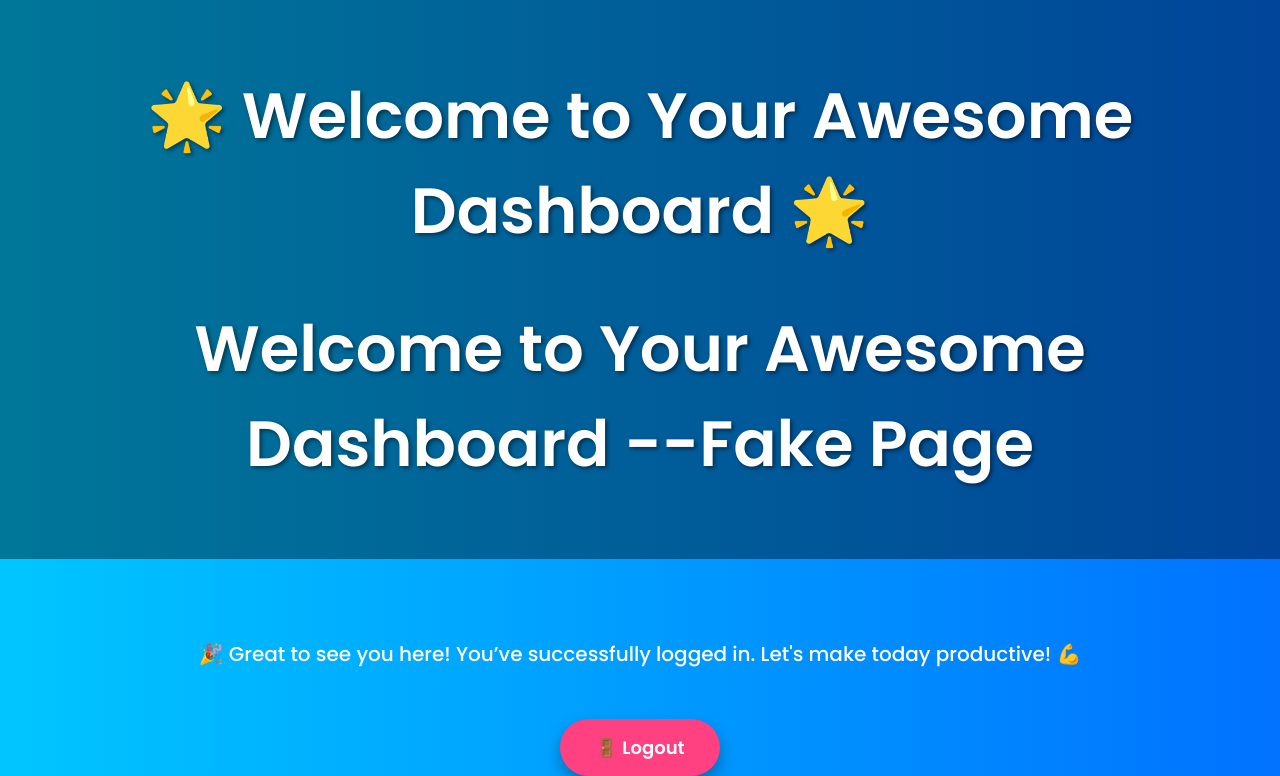
Repository: aakanksha4a/HoneySecure
Page: http://localhost/HoneySecure/fake.jsp
An editor plug-in stored every save of this project. The page is shown before and after the next save, followed by the edit.
The browser window is 1280 px wide. The pictures show the whole page.
The page is served by Tomcat 10.

Above is the page before, as saved 2025-04-21 05:49:36.

After the next save:
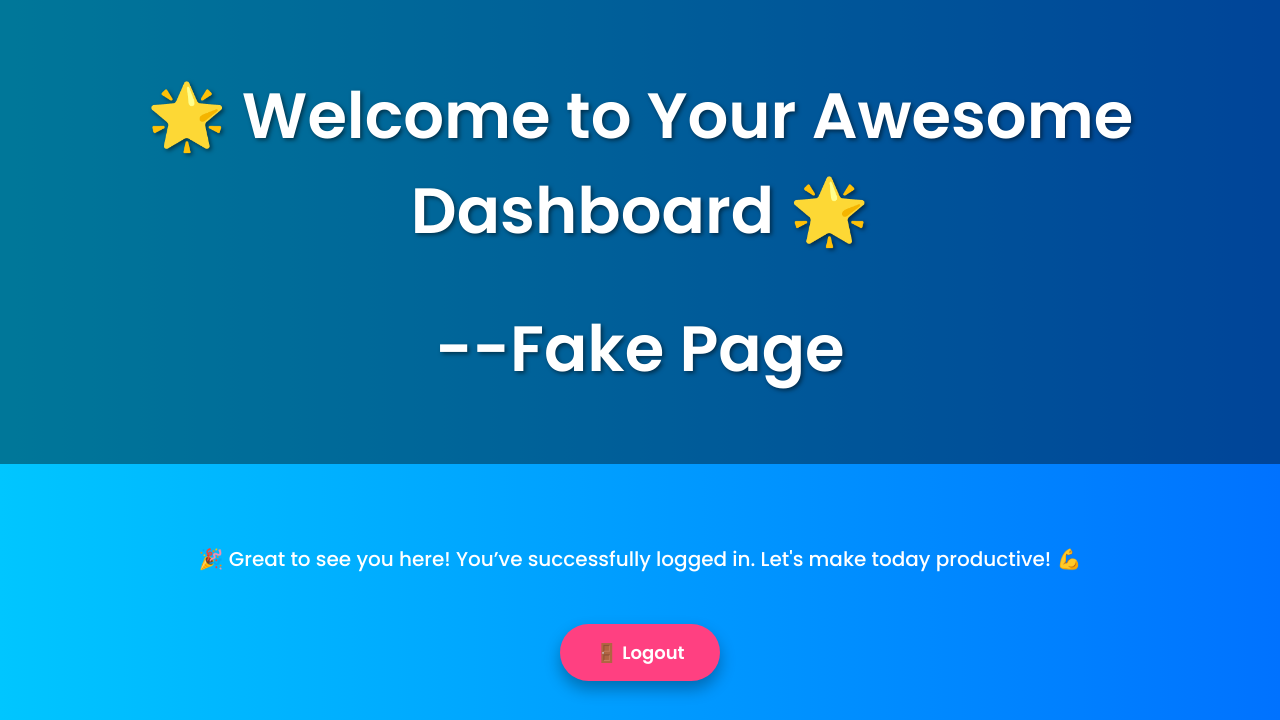
Saved 15 s later.
--- a/HoneySecure/src/main/webapp/fake.jsp
+++ b/HoneySecure/src/main/webapp/fake.jsp
@@ -65,7 +65,7 @@
 <body>
     <div class="header">
         <h1>🌟 Welcome to Your Awesome Dashboard 🌟</h1>
-         <h1> Welcome to Your Awesome Dashboard --Fake Page </h1>
+         <h1> --Fake Page </h1>
     </div>
     <div class="content">
         <p>🎉 Great to see you here! You’ve successfully logged in. Let's make today productive! 💪</p>
